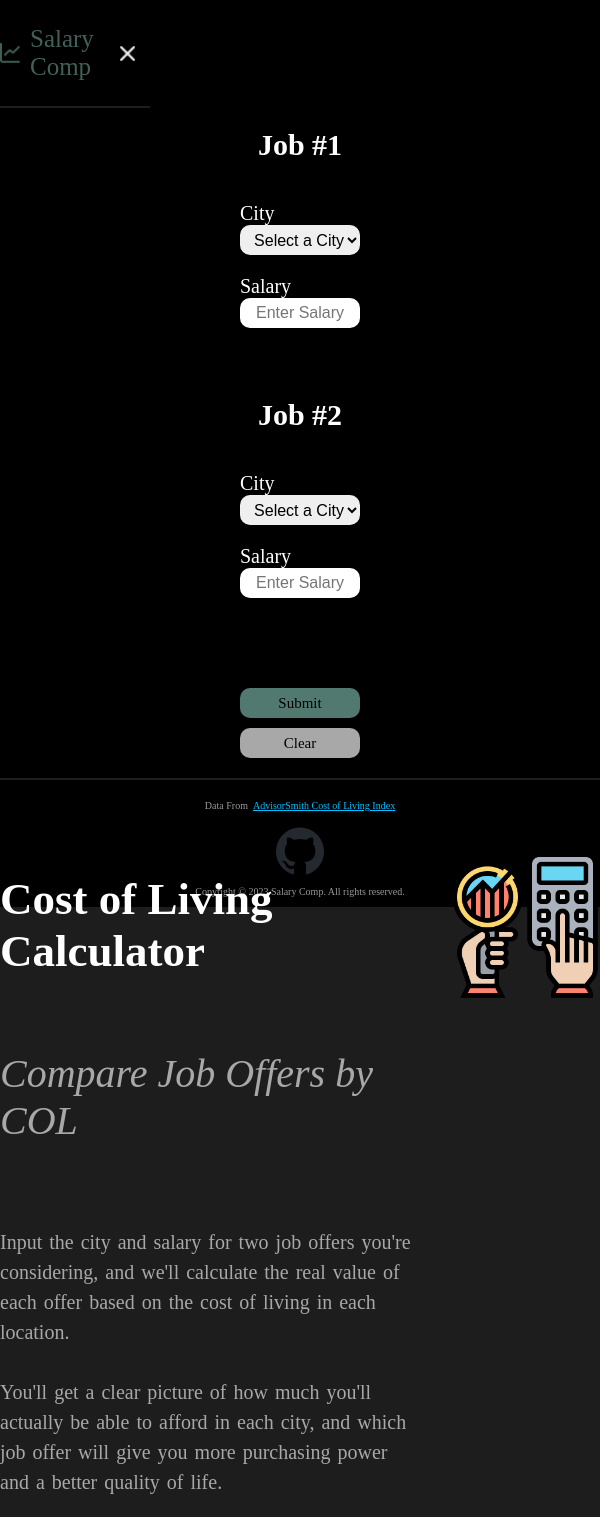
Repository: robbymcd/Salary-Comp
Page: /
The author's editor kept a copy of each file at every save. The page is drawn from the files as they stood at one save, then again after the next save.
The browser window is 600 px wide. The pictures show the whole page.
Some web fonts or font styles are not loaded; a fallback is used. The project was rebuilt for these pictures with package versions that can differ from the ones it lists, and the page was loaded fresh each time. Also part of the build but not shown: src/Main.css, src/Main.js.

Above is the page before, as saved 2023-06-16 18:00:59.

After the next save:
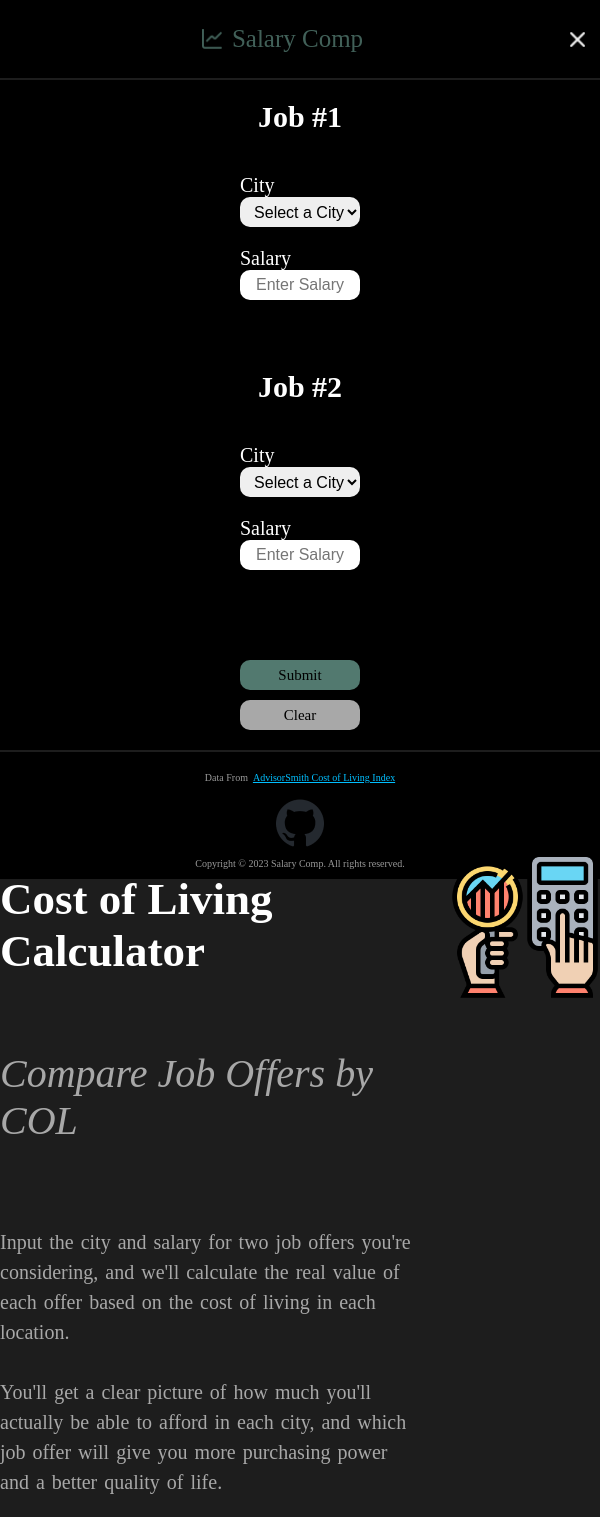
Saved 98 s later.
--- a/src/OpenSidebar.css
+++ b/src/OpenSidebar.css
@@ -221,4 +221,8 @@ input {
         width: 100%;
         margin: 0;
     }
-}
+
+    .sidebar-header {
+        width: 100%;
+    }
+}
